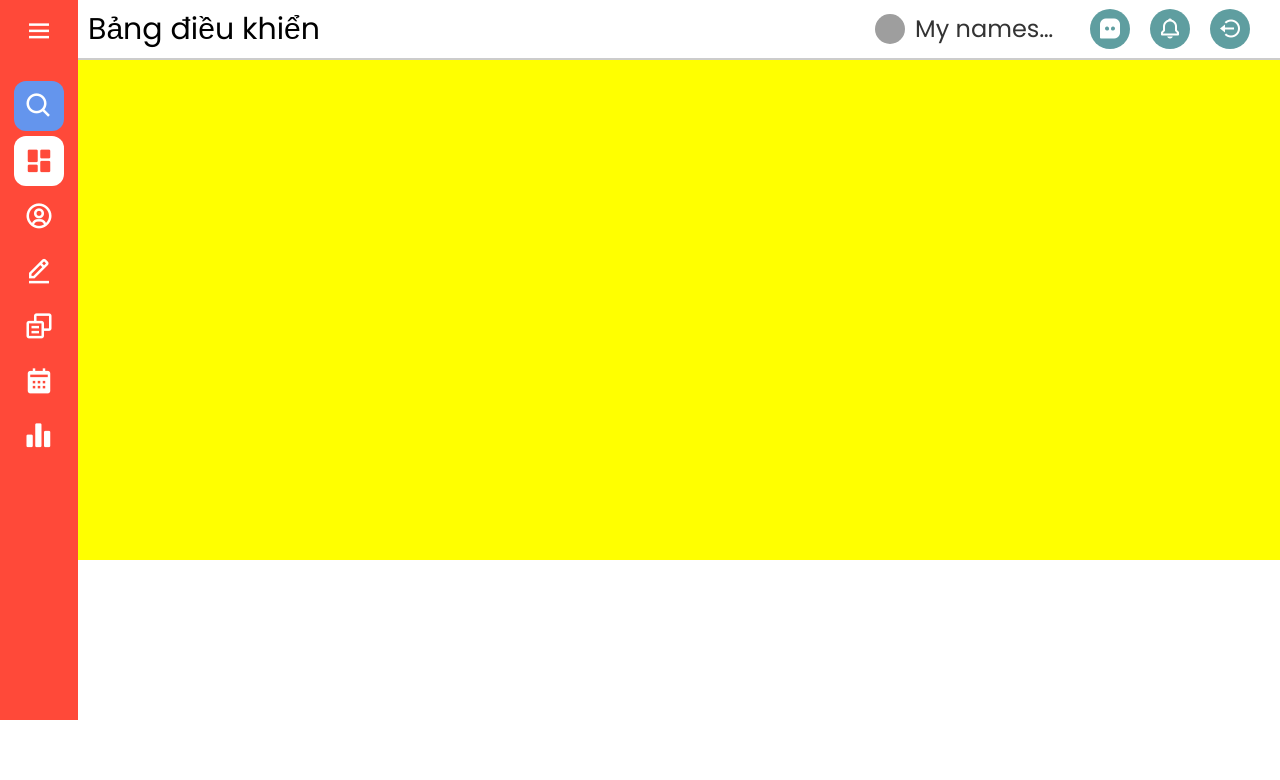
Repository: ThangQuyeenf/Wassefy.github.io
Page: teacher.html
The author's editor kept a copy of each file at every save. The page is drawn from the files as they stood at one save, then again after the next save.
The browser window is 1280 px wide. The pictures show the whole page.
Pictures or frames that could not be fetched are drawn as grey boxes.

Above is the page before, as saved 2021-08-31 08:32:44.

After the next save:
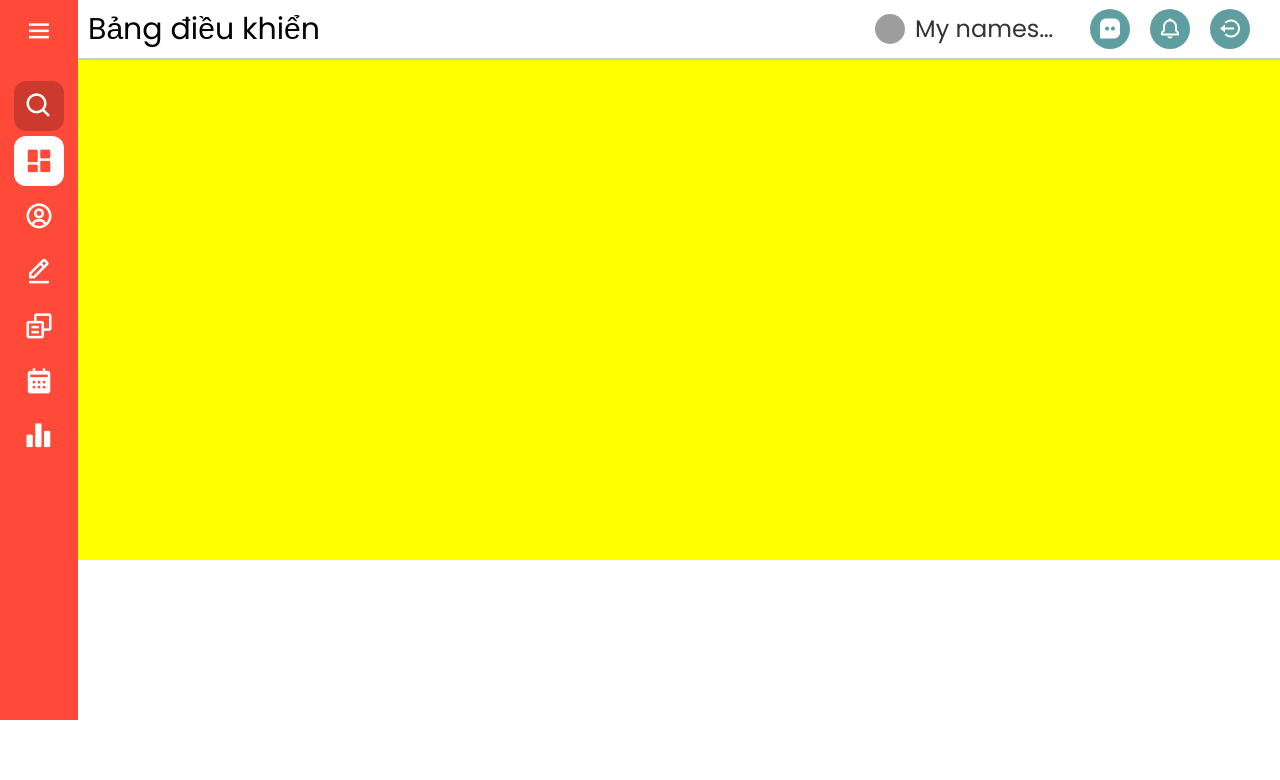
Saved 73 s later.
--- a/CSS/general.css
+++ b/CSS/general.css
@@ -224,7 +224,7 @@ body {
     border-radius: 12px;
     outline: none;
     border: none;
-    background: cornflowerblue;
+    background:rgba(0, 0, 0 ,0.2);
     padding-left: 50px;
     font-size: 18px;
     color: #fff;
